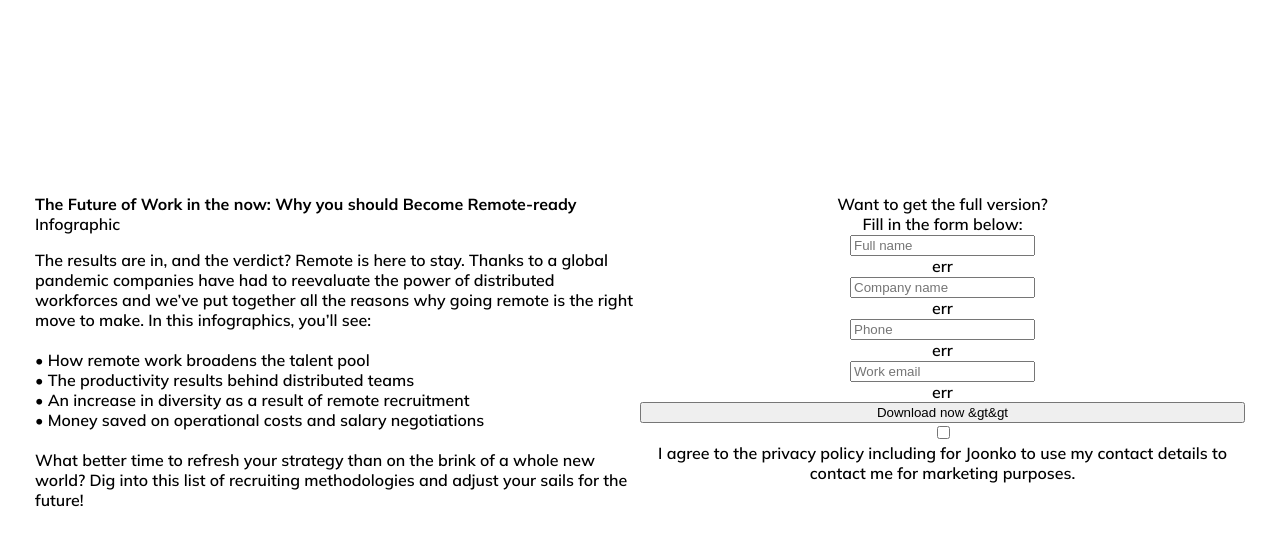
Repository: zivmorad/joonko-form
Page: /
The author's editor kept a copy of each file at every save. The page is drawn from the files as they stood at one save, then again after the next save.
The browser window is 1280 px wide. The pictures show the whole page.
The project was rebuilt for these pictures with package versions that can differ from the ones it lists, and the page was loaded fresh each time.

Above is the page before, as saved 2021-08-03 10:58:54.

After the next save:
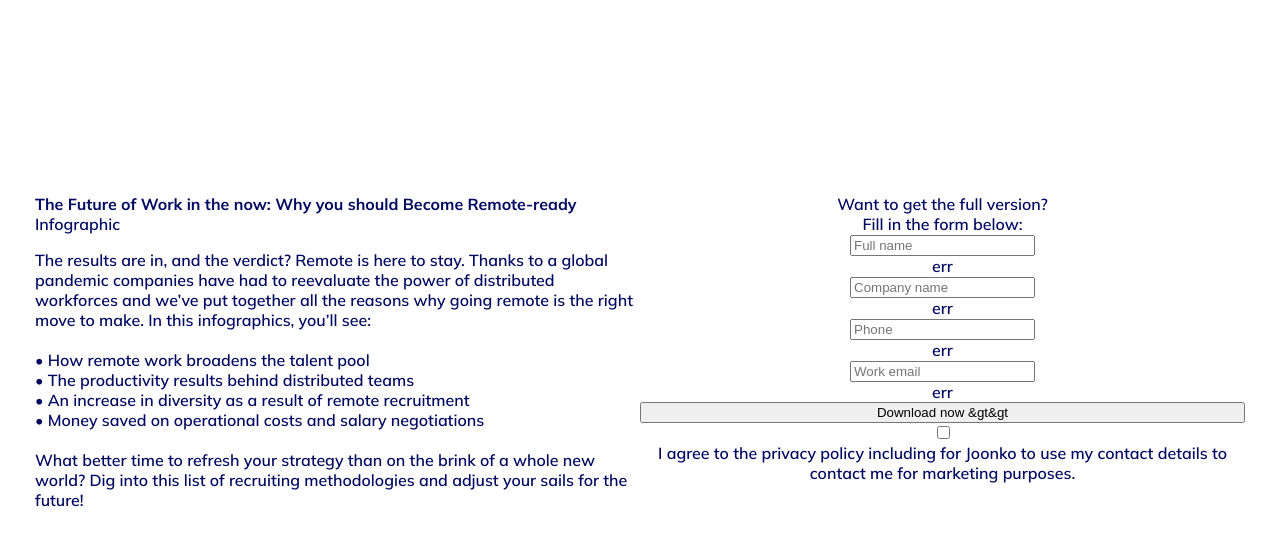
Saved 51 s later.
--- a/src/App.scss
+++ b/src/App.scss
@@ -40,6 +40,7 @@ body {
 	width: 100%;
 	height: 100%;
 	justify-content: center;
+	color: #010a60;
 	.app-wrapper {
 		padding: 35px;
 		justify-content: space-between;
